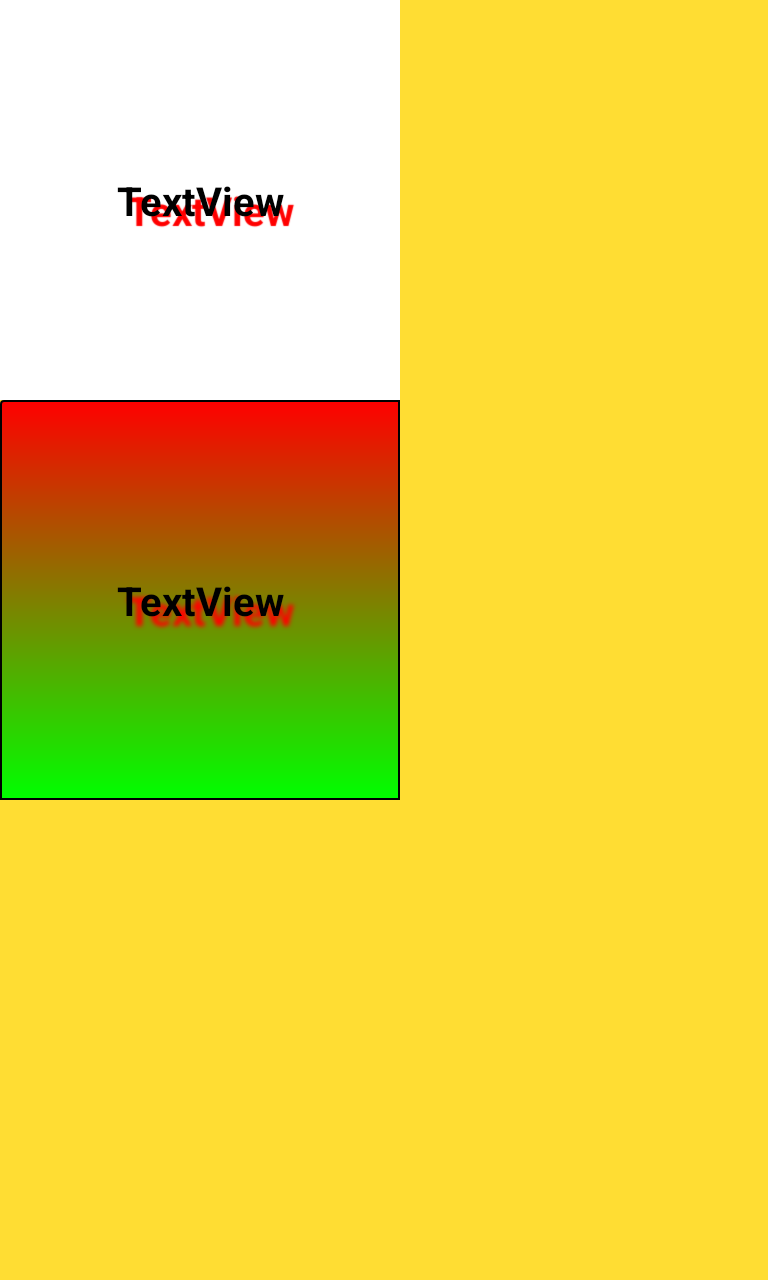
Repository: yhtaphp/yhtqgit
Layout: android/TextView/res/layout/activity_main.xml
These files come from the project's save history. The layout is drawn as it stood at one moment and after the next save; the edit follows.
It is drawn on a 768 x 1280 px phone screen (xhdpi) without system bars, with theme AppTheme; the app's code is not run.

Above is the layout before, as saved 2016-09-11 13:21:43.

### android/TextView/res/layout/activity_main.xml
<RelativeLayout xmlns:android="http://schemas.android.com/apk/res/android"
    xmlns:tools="http://schemas.android.com/tools"
    android:layout_width="match_parent"
    android:layout_height="match_parent"
    tools:context="${relativePackage}.${activityClass}"
    android:background="#ffdd33" >

    <TextView
        android:id="@+id/text1"
        android:layout_width="200dp"
        android:layout_height="200dp"
        android:gravity="center"
        android:background="#fff"
        android:textColor="#000"
        android:shadowDx="10"
        android:shadowDy="10"
        android:shadowColor="#f00"
        android:shadowRadius="0.1"
        android:textStyle="bold"
        android:textSize="20sp"
        android:text="TextView" />
        <TextView
        android:layout_below="@id/text1"
        android:layout_width="200dp"
        android:layout_height="200dp"
        android:gravity="center"
        android:background="@drawable/teststyle"
        android:textColor="#000"
        android:shadowDx="10"
        android:shadowDy="10"
        android:shadowColor="#f00"
        android:shadowRadius="3.0"
        android:textStyle="bold"
        android:textSize="20sp"
        android:text="TextView" />


</RelativeLayout>

### android/TextView/res/drawable-ldpi/teststyle.xml
<?xml version="1.0" encoding="utf-8"?>
<shape xmlns:android="http://schemas.android.com/apk/res/android" >
    <!-- 设置一个边框 -->
    <stroke android:width="2px" android:color="#000"/>

    <gradient
        android:angle="270"
        android:startColor="#f00"
        android:endColor="#0f0"/>

    <!-- 设置内边距 -->
    <padding
        android:left="5px"
        android:right="5px"
        android:top="5px"
        android:bottom="5px"
        />
    <corners android:topLeftRadius="3px"/>

</shape>

Loaded but not shown: android/TextView/res/values/styles.xml (common file); android/TextView/res/values-v11/styles.xml (common file); android/TextView/res/values-v14/styles.xml (common file)

After the next save:
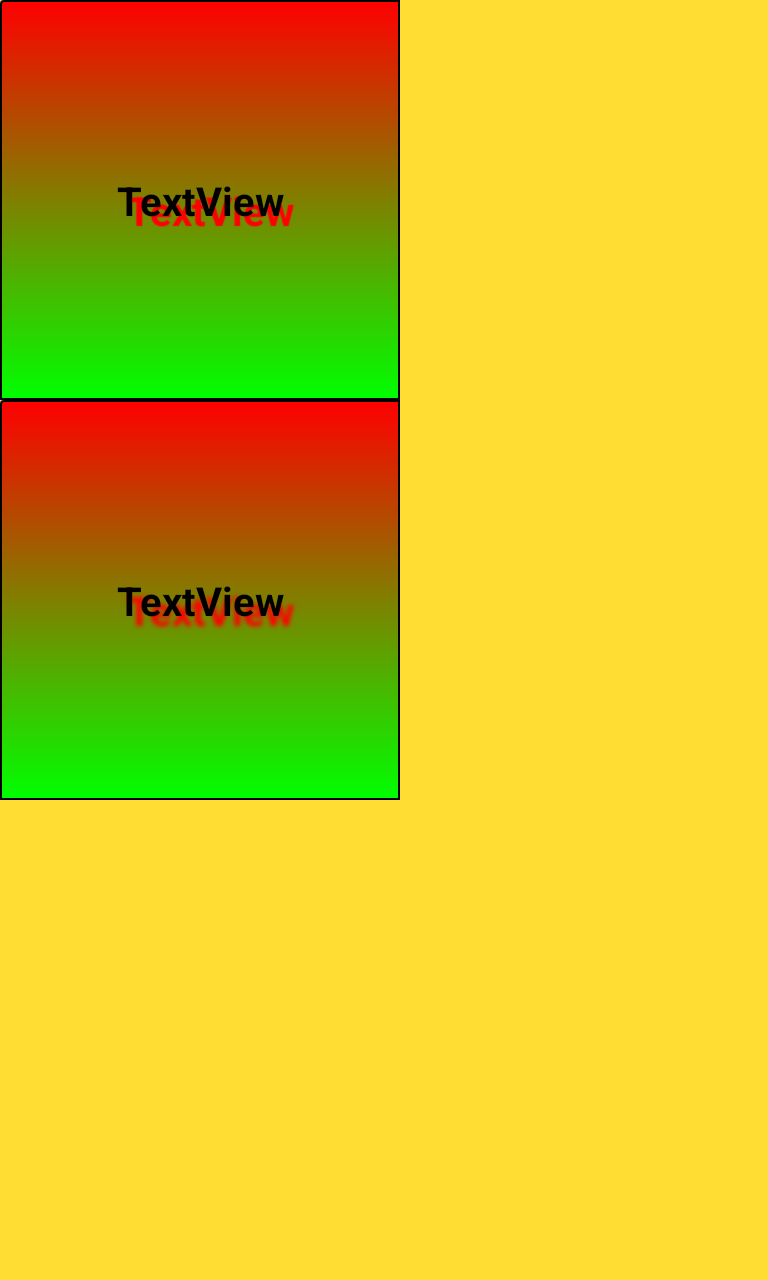
Saved 12 s later.
--- a/android/TextView/res/layout/activity_main.xml
+++ b/android/TextView/res/layout/activity_main.xml
@@ -10,7 +10,7 @@
         android:layout_width="200dp"
         android:layout_height="200dp"
         android:gravity="center"
-        android:background="#fff"
+        android:background="@drawable/teststyle"
         android:textColor="#000"
         android:shadowDx="10"
         android:shadowDy="10"
